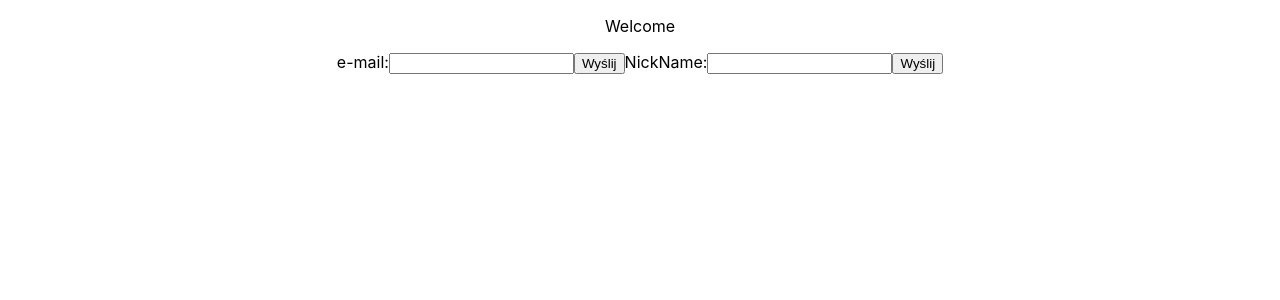
Repository: Tomjand/login-pin
Page: /
These files come from the project's save history. The page is drawn as it stood at one moment and after the next save; the edit follows.
The browser window is 1280 px wide. The pictures show the whole page.
The project was rebuilt for these pictures with package versions that can differ from the ones it lists, and the page was loaded fresh each time.

Above is the page before, as saved 2022-08-22 21:14:52.

After the next save:
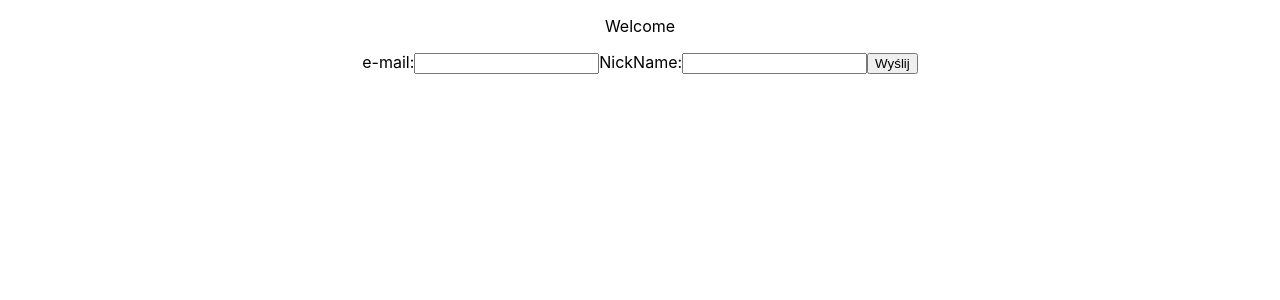
Saved 11 s later.
--- a/src/App.js
+++ b/src/App.js
@@ -11,7 +11,7 @@ function App() {
           e-mail:
           <input type="text" name="email" />
         </label>
-        <input type="submit" value="Wyślij" />
+
         <label>
           NickName:
           <input type="text" name="name" />
